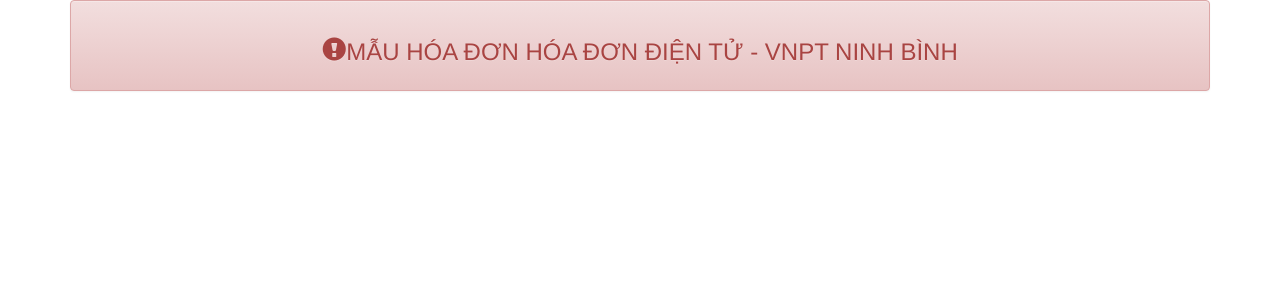
Repository: hoadonvnptninhbinh/hoadonvnptninhbinh
Page: index.html
An editor plug-in stored every save of this project. The page is shown before and after the next save, followed by the edit.
The browser window is 1280 px wide. The pictures show the whole page.

Above is the page before, as saved 2020-04-07 14:12:02.

After the next save:
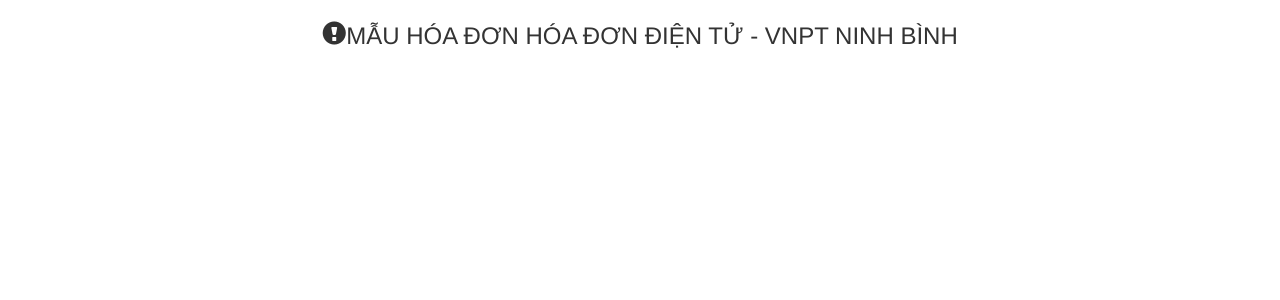
Saved 28 s later.
--- a/index.html
+++ b/index.html
@@ -14,9 +14,7 @@
   </head>
   <body>
       <div class='container'>
-            <div class="alert alert-danger" role="alert">
-                <h3 style="text-align: center;"><span class="glyphicon glyphicon-exclamation-sign"></span>MẪU HÓA ĐƠN HÓA ĐƠN ĐIỆN TỬ - VNPT NINH BÌNH</h3>
-            </div>
+        <h3 style="text-align: center;"><span class="glyphicon glyphicon-exclamation-sign"></span>MẪU HÓA ĐƠN HÓA ĐƠN ĐIỆN TỬ - VNPT NINH BÌNH</h3>
 
       </div>
 
